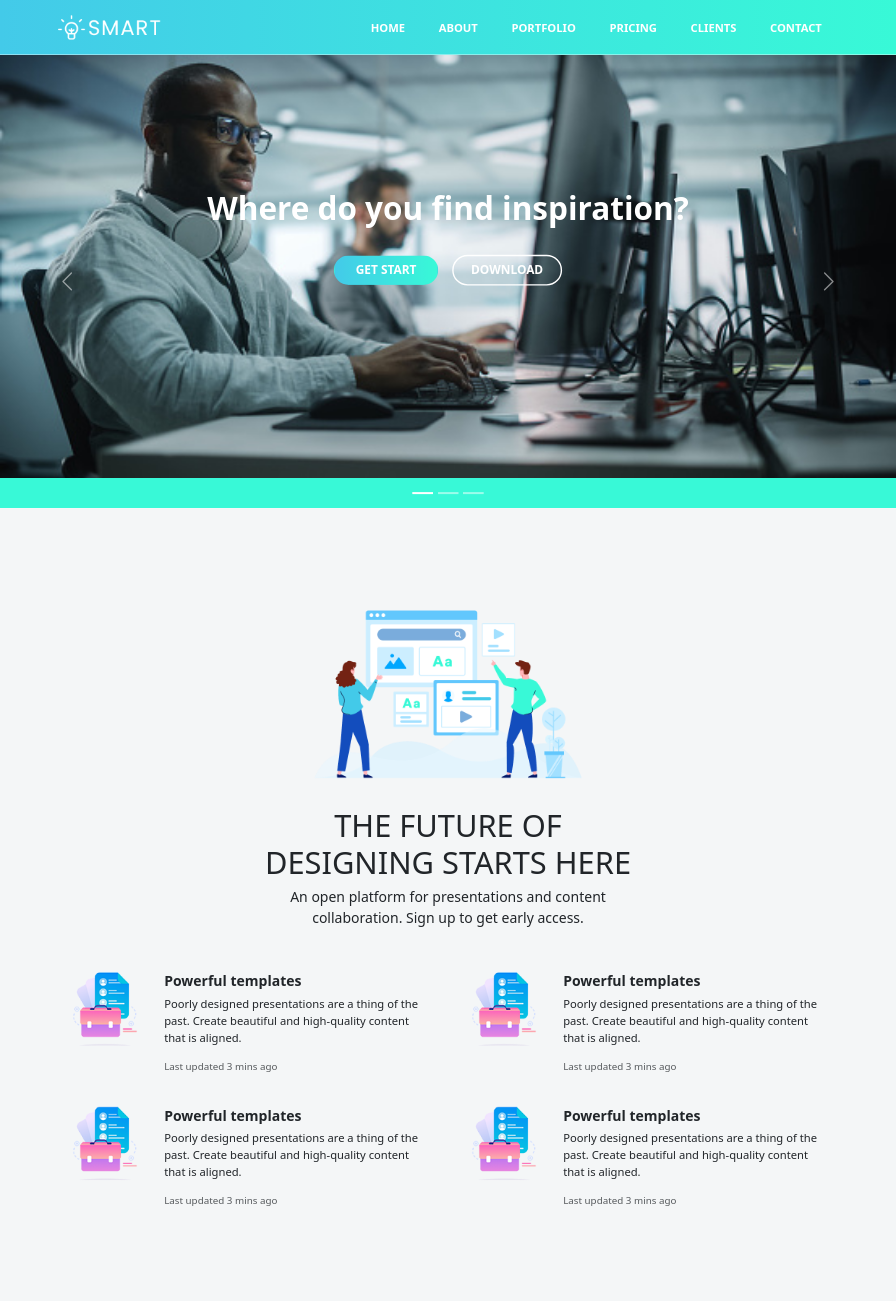
Repository: rizwan-zafar/smart-React
Page: /
The author's editor kept a copy of each file at every save. The page is drawn from the files as they stood at one save, then again after a run of saves.
The browser window is 1280 px wide. The pictures show the whole page, at 70% of full size.
The project was rebuilt for these pictures with package versions that can differ from the ones it lists, and the page was loaded fresh each time.

Above is the page before, as saved 2022-11-17 11:40:58.

### public/index.html
<!DOCTYPE html>
<html lang="en">
  <head>
    <meta charset="utf-8" />
    <link rel="icon" href="%PUBLIC_URL%/favicon.ico" />
    <meta name="viewport" content="width=device-width, initial-scale=1" />
    <meta name="theme-color" content="#000000" />
    <meta
      name="description"
      content="Web site created using create-react-app"
    />
    <link rel="apple-touch-icon" href="%PUBLIC_URL%/logo192.png" />
    <!--
      manifest.json provides metadata used when your web app is installed on a
      user's mobile device or desktop. See https://developers.google.com/web/fundamentals/web-app-manifest/
    -->
    <link rel="manifest" href="%PUBLIC_URL%/manifest.json" />
    <!--
      Notice the use of %PUBLIC_URL% in the tags above.
      It will be replaced with the URL of the `public` folder during the build.
      Only files inside the `public` folder can be referenced from the HTML.

      Unlike "/favicon.ico" or "favicon.ico", "%PUBLIC_URL%/favicon.ico" will
      work correctly both with client-side routing and a non-root public URL.
      Learn how to configure a non-root public URL by running `npm run build`.
    -->
    <title>React App</title>
  </head>
  <body>
    <noscript>You need to enable JavaScript to run this app.</noscript>
    <div id="root"></div>

   </body>
</html>

### src/index.js
import React from 'react';
import './index.css';
import "../node_modules/bootstrap/dist/css/bootstrap.min.css"
import "../node_modules/bootstrap/dist/js/bootstrap.min.js"
import "./Components/FontawsomeIcons"
import ReactDOM from 'react-dom/client';
import App from './App';
const root = ReactDOM.createRoot(document.getElementById('root'));
root.render(
  <React.StrictMode>
    <App />
  </React.StrictMode>
);

// If you want to start measuring performance in your app, pass a function
// to log results (for example: reportWebVitals(console.log))
// or send to an analytics endpoint. Learn more: https://bit.ly/CRA-vitals

### src/Components/FontawsomeIcons/index.js
import {library} from "@fortawesome/fontawesome-svg-core"
import {faUser,faBars,faPlus} from "@fortawesome/free-solid-svg-icons"
library.add(faUser,faBars,faPlus)

### src/App.js
 import HomePage from "./Pages/Home"
function App() {
  return (
    <div className="App">
        <HomePage />
    </div>
  );
}

export default App;

### src/Pages/Home.js
import React from 'react'
import Navbar from "../Components/Navbar"
import Slider from "../Components/Slider"
import Service from "../Components/Service";
export default function Home() {
    return (
        <div>
            <Navbar />
            <Slider />
            <Service />
        </div>
    )
}

### src/Components/Navbar.js
import React from 'react'
import "../Css/Navbar.css"

import { FontAwesomeIcon } from "@fortawesome/react-fontawesome"
export default function Navbar() {
    const [hamburgerIcon, setHamburgerIcon] = React.useState('bars')
    const [rotateIcon, setRotateIcon] = React.useState('')
    const handleHumBurger = (hamburgerIcon) => {
        if (hamburgerIcon === 'bars') {
            setRotateIcon('icon-rotate')
            setHamburgerIcon('plus')
        } else {
            setRotateIcon('anti-icon-rotate')
            setHamburgerIcon("bars")
        }
    }
     return (
        <div className="NavContainer">
            <nav className="navbar navbar-expand-lg navbar-dark">
                <div className="container">
                    <a className="navbar-brand" href="/">
                        <img className="img-fluid" src="Images/logo.png" alt="not found" />
                    </a>
                    <div className="navbar-toggler" type="button" data-bs-toggle="collapse"   onClick={() => { handleHumBurger(hamburgerIcon) }} data-bs-target="#navbarNav" aria-controls="navbarNav" aria-expanded="false" aria-label="Toggle navigation">
                        <FontAwesomeIcon  className={rotateIcon} icon={hamburgerIcon}  />
                    </div>
                    <div className="collapse navbar-collapse navSetting" id="navbarNav">
                        <ul className="navbar-nav ms-auto">
                            <li className="nav-item">
                                <a className="nav-link active" aria-current="page" href="/">Home</a>
                            </li>
                            <li className="nav-item">
                                <a className="nav-link" href="/">ABOUT</a>
                            </li>
                            <li className="nav-item">
                                <a className="nav-link" href="/">PORTFOLIO</a>
                            </li>

                            <li className="nav-item">
                                <a className="nav-link" href="/">PRICING</a>
                            </li>

                            <li className="nav-item">
                                <a className="nav-link" href="/">CLIENTS</a>
                            </li>

                            <li className="nav-item">
                                <a className="nav-link" href="/">CONTACT</a>
                            </li>

                        </ul>
                    </div>
                </div>
            </nav>
        </div>
    )
}

### src/Components/Slider.js
import React from 'react'
import "../Css/Slider.css"

export default function Slider() {
    return (
        <div className="sliderContainer">
            <div id="carouselExampleCaptions" className="carousel slide" data-bs-ride="false">

                <div className="carousel-indicators">
                    <button type="button" data-bs-target="#carouselExampleCaptions" data-bs-slide-to="0" className="active" aria-current="true" aria-label="Slide 1"></button>
                    <button type="button" data-bs-target="#carouselExampleCaptions" data-bs-slide-to="1" aria-label="Slide 2"></button>
                    <button type="button" data-bs-target="#carouselExampleCaptions" data-bs-slide-to="2" aria-label="Slide 3"></button>
                </div>

                <div className="carousel-inner">
                    <div className="carousel-item active bg-cover slide-image1">
                        <div className="carousel-caption">
                            <p> If not now, then when?</p>
                            <div>
                                <button className="btn btn1">Get Start</button>
                                <button className="btn btn2">Download</button>
                            </div>
                        </div>
                    </div>
                    <div className="carousel-item active bg-cover slide-image2">
                        <div className="carousel-caption">
                            <p>What does your joy look like today?</p>
                            <div>
                                <button className="btn btn1">Get Start</button>
                                <button className="btn btn2">Download</button>
                            </div>
                        </div>
                    </div>
                    <div className="carousel-item active bg-cover slide-image3">
                        <div className="carousel-caption">
                            <p>Where do you find inspiration?</p>
                            <div>
                                <button className="btn btn1">Get Start</button>
                                <button className="btn btn2">Download</button>
                            </div>
                        </div>
                    </div>
                </div>
                <button className="carousel-control-prev" type="button" data-bs-target="#carouselExampleCaptions" data-bs-slide="prev">
                    <span className="carousel-control-prev-icon" aria-hidden="true"></span>
                    <span className="visually-hidden">Previous</span>
                </button>
                <button className="carousel-control-next" type="button" data-bs-target="#carouselExampleCaptions" data-bs-slide="next">
                    <span className="carousel-control-next-icon" aria-hidden="true"></span>
                    <span className="visually-hidden">Next</span>
                </button>
            </div>
        </div>
    )
}

### src/Components/Service.js
import React from 'react'
import "../Css/Services.css"
export default function Service() {
    return (
        <div className="services">

            <div className="text-center">
                <img className="custom-image" src="/Images/services.png" alt="Services" />
                <div className='container custom-container'>
                    <h4>The future of designing starts here</h4>
                    <p>An open platform for presentations and content collaboration. Sign up to get early access.</p>
                </div>
            </div>
             <div className="container text-center">
                <div className="row mt-5">
                    <div className="col-xs-12 col-sm-12 col-md-6 col-lg-6 col-xl-6 ">
                        <div className="card mb-3" >
                            <div className="row g-0">
                                <div className="col-md-3">
                                    <img src="/Images/icon-1.png" className="img-fluid rounded-start" alt="..." />
                                </div>
                                <div className="col-md-9">
                                    <div className="card-body text-start">
                                        <h5 className="card-title fw-bold">Powerful templates</h5>
                                        <p className="card-text fs-6">Poorly designed presentations are a thing of the past. Create beautiful and high-quality content that is aligned.</p>
                                        <p className="card-text"><small className="text-muted">Last updated 3 mins ago</small></p>
                                    </div>
                                </div>
                            </div>
                        </div>
                    </div>

                    <div className="col-xs-12 col-sm-12 col-md-6 col-lg-6 col-xl-6 ">
                        <div className="card mb-3" >
                            <div className="row g-0">
                                <div className="col-md-3">
                                    <img src="/Images/icon-1.png" className="img-fluid rounded-start" alt="..." />
                                </div>
                                <div className="col-md-9">
                                    <div className="card-body text-start">
                                        <h5 className="card-title fw-bold">Powerful templates</h5>
                                        <p className="card-text fs-6">Poorly designed presentations are a thing of the past. Create beautiful and high-quality content that is aligned.</p>
                                        <p className="card-text"><small className="text-muted">Last updated 3 mins ago</small></p>
                                    </div>
                                </div>
                            </div>
                        </div>
                    </div>


                    <div className="col-xs-12 col-sm-12 col-md-6 col-lg-6 col-xl-6 ">
                        <div className="card mb-3" >
                            <div className="row g-0">
                                <div className="col-md-3">
                                    <img src="/Images/icon-1.png" className="img-fluid rounded-start" alt="..." />
                                </div>
                                <div className="col-md-9">
                                    <div className="card-body text-start">
                                        <h5 className="card-title fw-bold">Powerful templates</h5>
                                        <p className="card-text fs-6">Poorly designed presentations are a thing of the past. Create beautiful and high-quality content that is aligned.</p>
                                        <p className="card-text"><small className="text-muted">Last updated 3 mins ago</small></p>
                                    </div>
                                </div>
                            </div>
                        </div>
                    </div>


                    <div className="col-xs-12 col-sm-12 col-md-6 col-lg-6 col-xl-6 ">
                        <div className="card mb-3" >
                            <div className="row g-0">
                                <div className="col-md-3">
                                    <img src="/Images/icon-1.png" className="img-fluid rounded-start" alt="..." />
                                </div>
                                <div className="col-md-9">
                                    <div className="card-body text-start">
                                        <h5 className="card-title fw-bold">Powerful templates</h5>
                                        <p className="card-text fs-6">Poorly designed presentations are a thing of the past. Create beautiful and high-quality content that is aligned.</p>
                                        <p className="card-text"><small className="text-muted">Last updated 3 mins ago</small></p>
                                    </div>
                                </div>
                            </div>
                        </div>
                    </div>
                </div>
            </div>

        </div>
    )
}

### src/Css/Navbar.css

.NavContainer  .navbar-toggler
{
    color:black;
    border:none;
}
.NavContainer .navbar-brand img{
    max-width: 150px;
}
.NavContainer .navbar-dark
{
    background: linear-gradient(to right,#43cae9, #38f9d7 100%)
}

.NavContainer .navbar-nav li{
   padding: 11px 16px;
 }
.NavContainer .navbar-nav li a{
color:#fff;
font-weight: 700;
text-transform: uppercase;
font-size: 16px;
}



@media (min-width: 1200px)
{
.NavContainer .container {
    max-width: 1140px;
}
}


@media (max-width: 991px)
 {
    .NavContainer .navSetting
    {
        position: absolute;
        top: 100%;
        left: 0;
        width: 100%;
        background: linear-gradient(to right,#43cae9, #38f9d7 100%);
        z-index: 8;
        padding: 10px 16px;
        -webkit-box-shadow: 0 3px 6px 0 rgb(0 0 0 / 16%);
        -moz-box-shadow: 0 3px 6px 0 rgba(0, 0, 0, 0.16);
        box-shadow: 0 3px 6px 0 rgb(0 0 0 / 16%);
    }
 }

 .NavContainer .icon-rotate {
   transform:rotate(90deg);
    transition: 0.5s;

  }
 .NavContainer .anti-icon-rotate {
   transform:rotate(-0deg);
    transition: 0.5s;

  }

### src/Css/Slider.css
.sliderContainer .carousel-inner .bg-cover{
     height: 90vh;
     background-size: cover;
     background-repeat: no-repeat;
     background-position: center center;
}
.sliderContainer .slide-image1{
    background-image: url("/public/Images/slider-1.jpg");
}
.sliderContainer .slide-image2{
    background-image: url("/public/Images/slider-2.jpg");
}
.sliderContainer .slide-image3{
    background-image: url("/public/Images/slider-3.jpg");
}

.sliderContainer .carousel-caption
{

    position: absolute;
    right: 15%;
    bottom: 1.25rem;
    left: 15%;
    padding-top: 1.25rem;
    padding-bottom: 1.25rem;
    color: #fff;
    text-align: center;
    font-size: 45px;
    font-weight: bold;
    top: 23vh;

}
.sliderContainer .btn1{

    margin: 10px;
    background: linear-gradient(to right,#43cae9, #38f9d7 100%);
    padding: 7px 30px 7px 30px;
    font-weight: bold;
    color: white;
    font-size: 17px;
    border-radius: 29px;
    text-transform: uppercase;

}

.sliderContainer .btn2{
    margin: 10px;
    background:  transparent;
    padding: 7px 25px 7px 25px;
    font-weight: bold;
    color: white;
    font-size: 17px;
    border-radius: 29px;
    border: 2px solid white;
    text-transform: uppercase;

}
.sliderContainer .carousel-indicators{
    margin-right: 0;
    margin-left: 0;
    margin-bottom: 0;
    background: #38f9d7;
    padding: 10px;
}
@media (max-width: 991px)
 {
    .sliderContainer .carousel-inner .bg-cover
    {
        height: 350px;
    }

   .sliderContainer .carousel-caption
   {
       font-size: 25px ;
       top: 11vh;
       font-weight: bolder;
   }

   .sliderContainer .btn
   {
    font-size: 15px;
    }
   .sliderContainer .btn
   {
    font-size: 15px;
    }

    .sliderContainer .carousel-indicators{
        margin-right: 0;
        margin-left: 0;
        margin-bottom: 0;
        background: transparent;

    }
 }

### src/Css/Services.css
.services {
    padding-top: 100px;
    padding-bottom: 100px;
    background-color: #f4f6f7;
}

.services .custom-container h4 {
    font-size: 44px;
    text-transform: uppercase;

}

.services .custom-container p {
    font-size: 20px;
}

.services .custom-image {
    max-width: 34%;
    height: auto;
}

.services .custom-container {
    max-width: 600px;
}

.services .card {
    border: none;
    background-color: transparent;
}

@media (max-width: 991px) {
    .services .custom-image {
        max-width: 100%;
        height: auto;
    }

    .services h4 {
        font-size: 25px;
        text-transform: uppercase;
    }

    .services p {
        font-size: 16px;
    }
}

Loaded but not shown: src/index.css (common file)

After the next 2 saves:
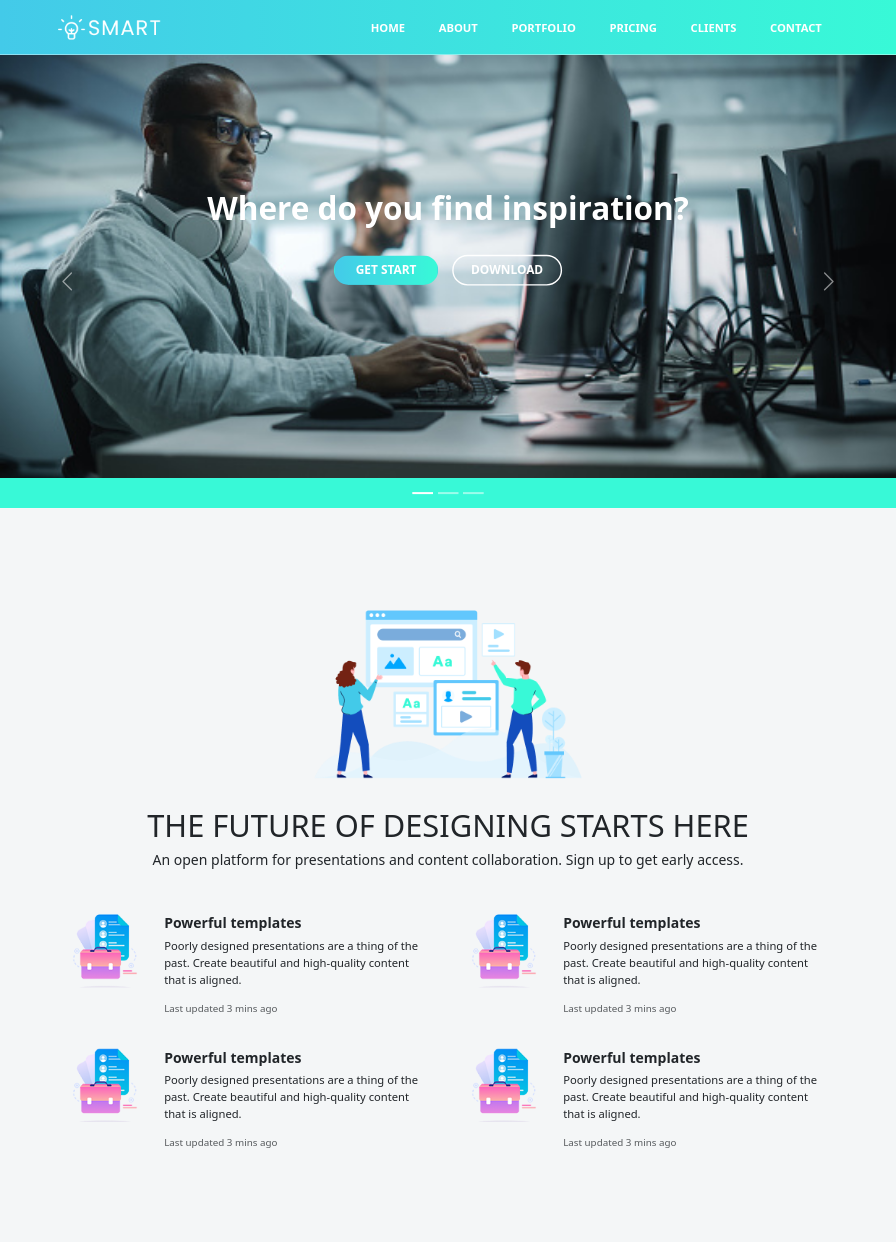
The 2 saves are shown as one change because they came seconds apart.
The last was saved 3 min 53 s later.
--- a/src/Css/Services.css
+++ b/src/Css/Services.css
@@ -19,9 +19,7 @@
     height: auto;
 }
 
-.services .custom-container {
-    max-width: 600px;
-}
+
 
 .services .card {
     border: none;
